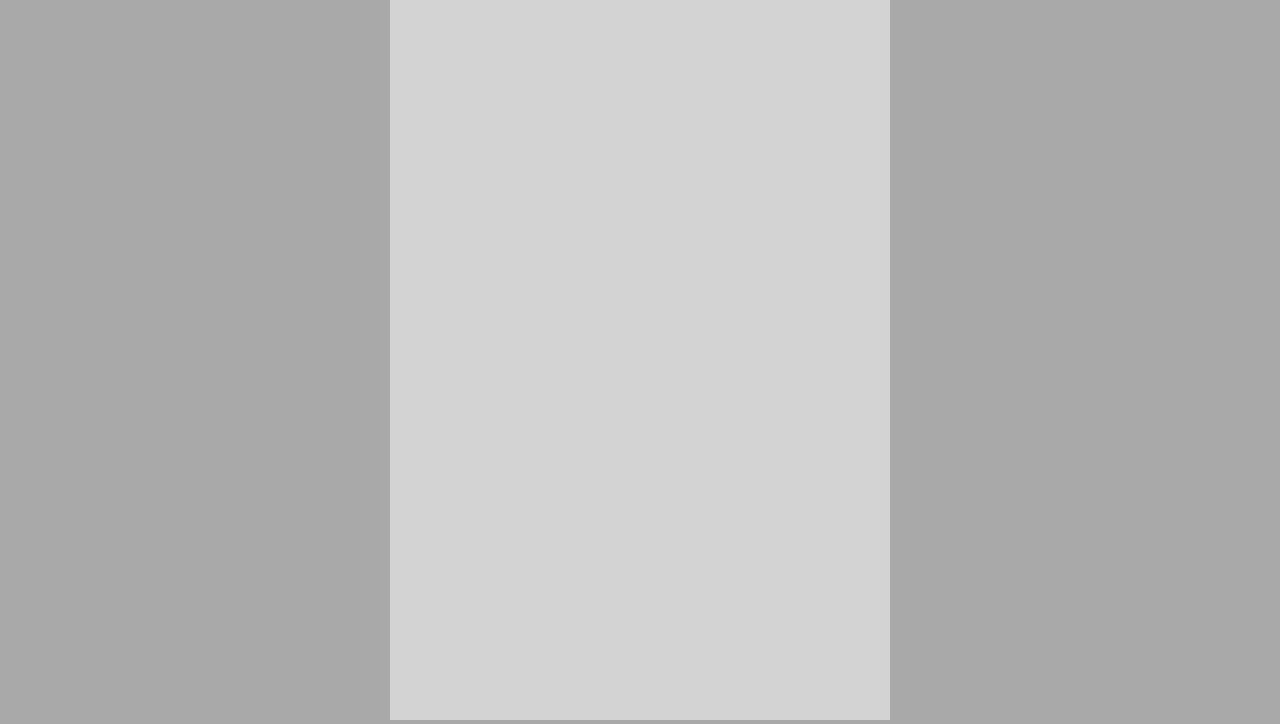
Repository: Krishna-bansall/neural-network-game
Page: index.html
The author's editor kept a copy of each file at every save. The page is drawn from the files as they stood at one save, then again after the next save.
The browser window is 1280 px wide. The pictures show the whole page.

Above is the page before, as saved 2022-07-30 01:09:05.

After the next save:
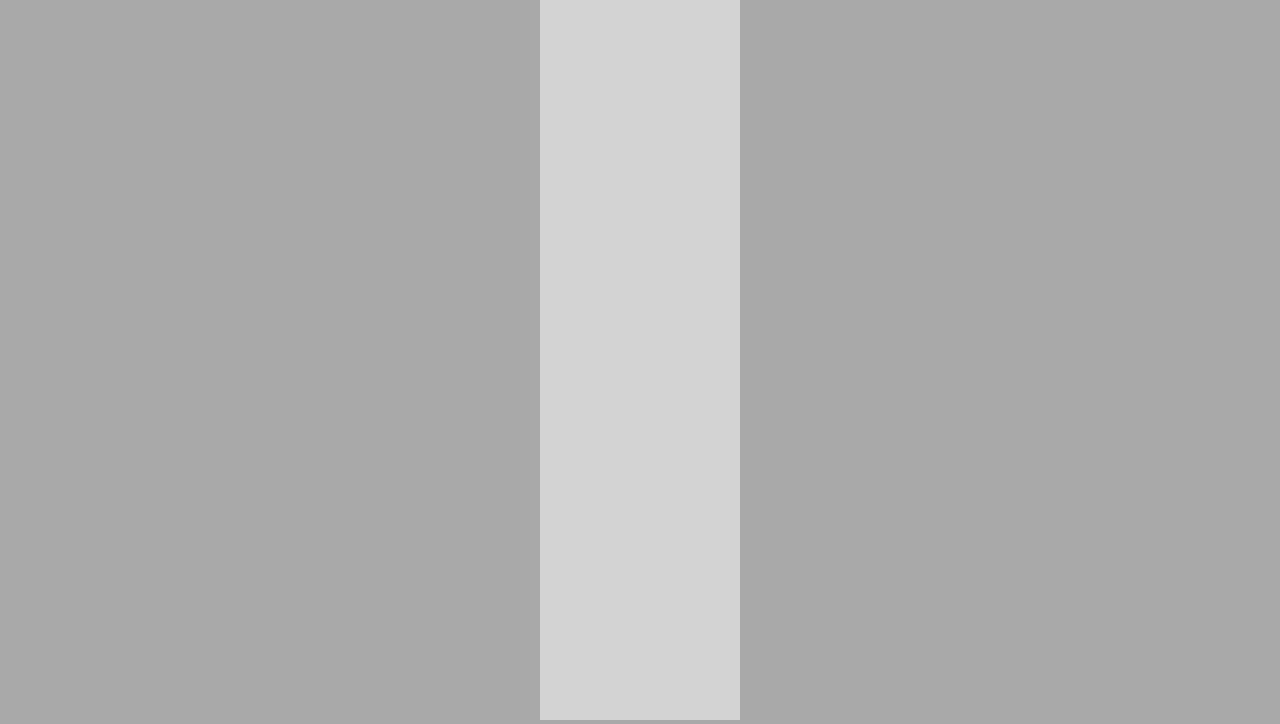
Saved 18 s later.
--- a/index.html
+++ b/index.html
@@ -8,7 +8,7 @@
 		<link rel="stylesheet" href="styles.css" />
 	</head>
 	<body>
-		<canvas id="myCanvas" width="500"></canvas>
+		<canvas id="myCanvas" width="200"></canvas>
 
 		<script src="app.js"></script>
 	</body>
